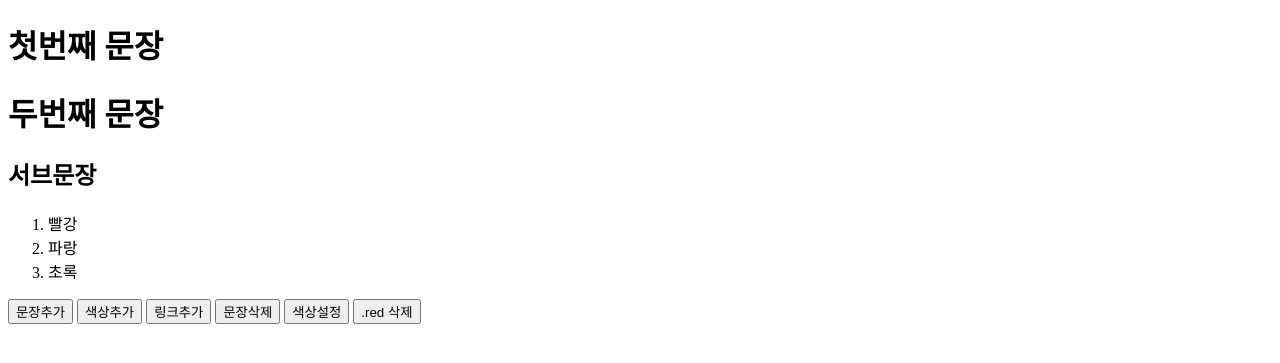
Repository: chopilyeon/JavaWeb
Page: LectureWeb/src/main/webapp/jquery/exam04.html
The author's editor kept a copy of each file at every save. The page is drawn from the files as they stood at one save, then again after the next save.
The browser window is 1280 px wide. The pictures show the whole page.

Above is the page before, as saved 2022-05-30 08:25:34.

After the next save:
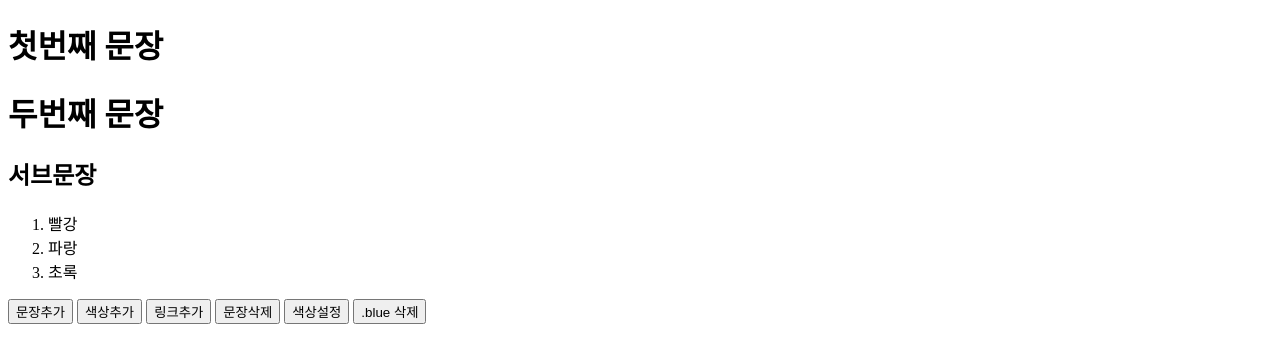
Saved 6 s later.
--- a/LectureWeb/src/main/webapp/jquery/exam04.html
+++ b/LectureWeb/src/main/webapp/jquery/exam04.html
@@ -88,7 +88,7 @@ $(document).ready(function(){
 	<button id="btn03">링크추가</button>
 	<button id="btn04">문장삭제</button>
 	<button id="btn05">색상설정</button>
-	<button id="btn05">.red 삭제</button>
+	<button id="btn05">.blue 삭제</button>
 
 
 </body>
